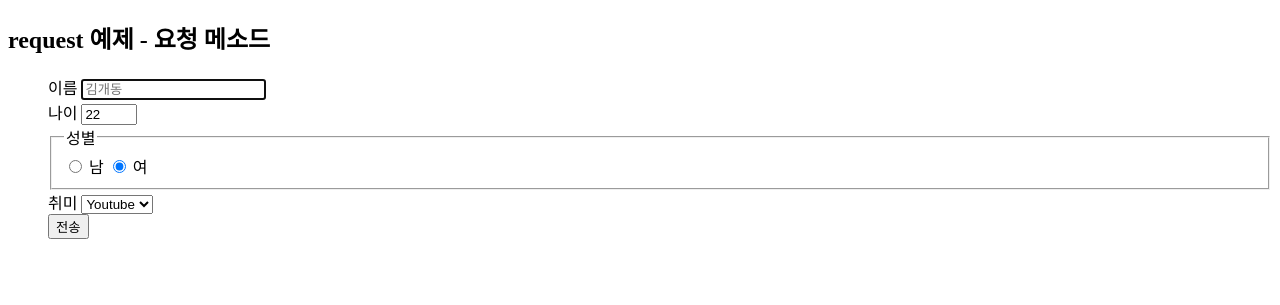
Repository: Tak-kuen/18-2
Page: http://localhost/studyjsp/144-1_researchTestForm1.jsp
An editor plug-in stored every save of this project. The page is shown before and after the next save, followed by the edit.
The browser window is 1280 px wide. The pictures show the whole page.
The page is served by Tomcat 9. Other server files are loaded and not shown.

Above is the page before, as saved 2018-09-05 05:20:25.

### code/studyjsp/WebContent/144-1_researchTestForm1.jsp
<%@ page language="java" contentType="text/html; charset=UTF-8"
    pageEncoding="UTF-8"%>
<!DOCTYPE html>
<html>
<head>
<meta charset="UTF-8">
<title>researchTestForm1</title>
</head>
<body>
<h2>request 예제 - 요청 메소드</h2>
<form method="get" action = "146_requestTest1.jsp">
	<dl>
		<dd>
			<label for="name">이름</label>
			<input id="name" name="name" type="text"
			placeholder="김개동" autofocus required>
		</dd>
		<dd>
			<label for="age">나이</label>
			<input id="age" name="age" type="number"
			min="20" max="99" value="22" required>
		</dd>
		<dd><fieldset>
		<legend>성별</legend>
			<input id="gender" name="gender" type="radio" value="m" checked>
			<label for="gender">남</label>
			<input id="gender" name="gender" type="radio" value="ㄹ" checked>
			<label for="gender">여</label>
		</fieldset></dd>
		<dd>
			<label for="hobby">취미</label>
			<select id="hobby" name="hobby" required>
				<option value="잠자기" selected>잠자기
				<option value="책읽기" selected>책읽기
				<option value="음악감상" selected>음악감상
				<option value="Youtube" selected>Youtube
			</select>
		</dd>
		<dd>
			<input type="submit" value="전송">
		</dd>
	</dl>
</form>

</body>
</html>

After the next save:
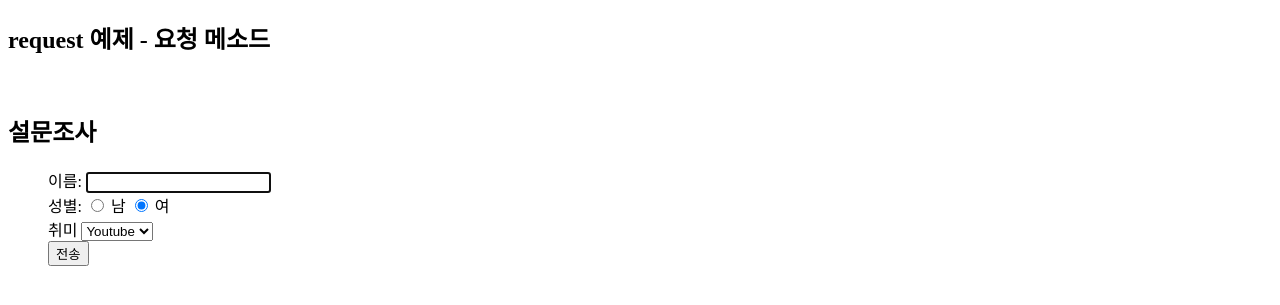
Saved 85 s later.
--- a/code/studyjsp/WebContent/144-1_researchTestForm1.jsp
+++ b/code/studyjsp/WebContent/144-1_researchTestForm1.jsp
@@ -7,26 +7,21 @@
 <title>researchTestForm1</title>
 </head>
 <body>
-<h2>request 예제 - 요청 메소드</h2>
-<form method="get" action = "146_requestTest1.jsp">
+<h2>request 예제 - 요청 메소드</h2><br/>
+<h2>설문조사</h2>
+<form method="get" action = "146-1_researchTest1.jsp">
 	<dl>
 		<dd>
-			<label for="name">이름</label>
-			<input id="name" name="name" type="text"
-			placeholder="김개동" autofocus required>
+			<label for="name">이름: </label>
+			<input id="name" name="name" type="text" autofocus required>
 		</dd>
 		<dd>
-			<label for="age">나이</label>
-			<input id="age" name="age" type="number"
-			min="20" max="99" value="22" required>
-		</dd>
-		<dd><fieldset>
-		<legend>성별</legend>
+			성별:
 			<input id="gender" name="gender" type="radio" value="m" checked>
 			<label for="gender">남</label>
 			<input id="gender" name="gender" type="radio" value="ㄹ" checked>
 			<label for="gender">여</label>
-		</fieldset></dd>
+		</dd>
 		<dd>
 			<label for="hobby">취미</label>
 			<select id="hobby" name="hobby" required>
